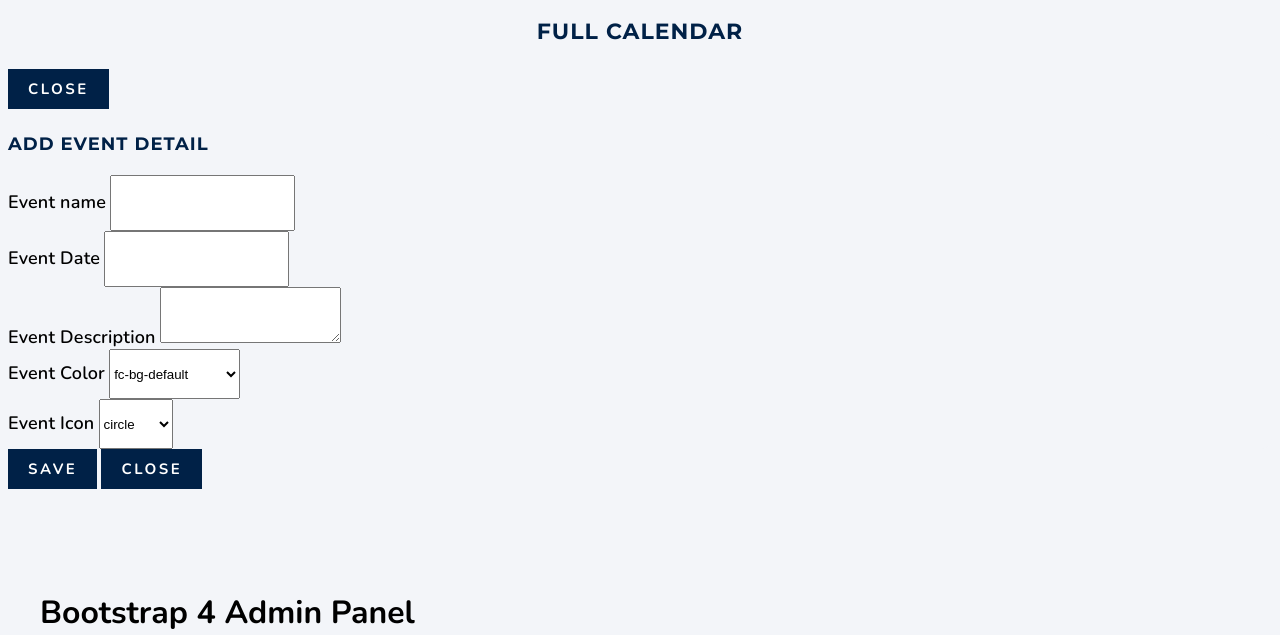
Repository: huyennvo/Calender
Page: Calender/index.html
These files come from the project's save history. The page is drawn as it stood at one moment and after the next save; the edit follows.
The browser window is 1280 px wide. The pictures show the part of the page from y = 0 to 635 px (the page is 1293 px tall before and 1323 px after).
A picture or video elsewhere on the page could not be fetched, so the positions and the page height are approximate.

Above is the page before, as saved 2022-08-02 11:51:51.
Console error: ReferenceError: jQuery is not defined

After the next save:
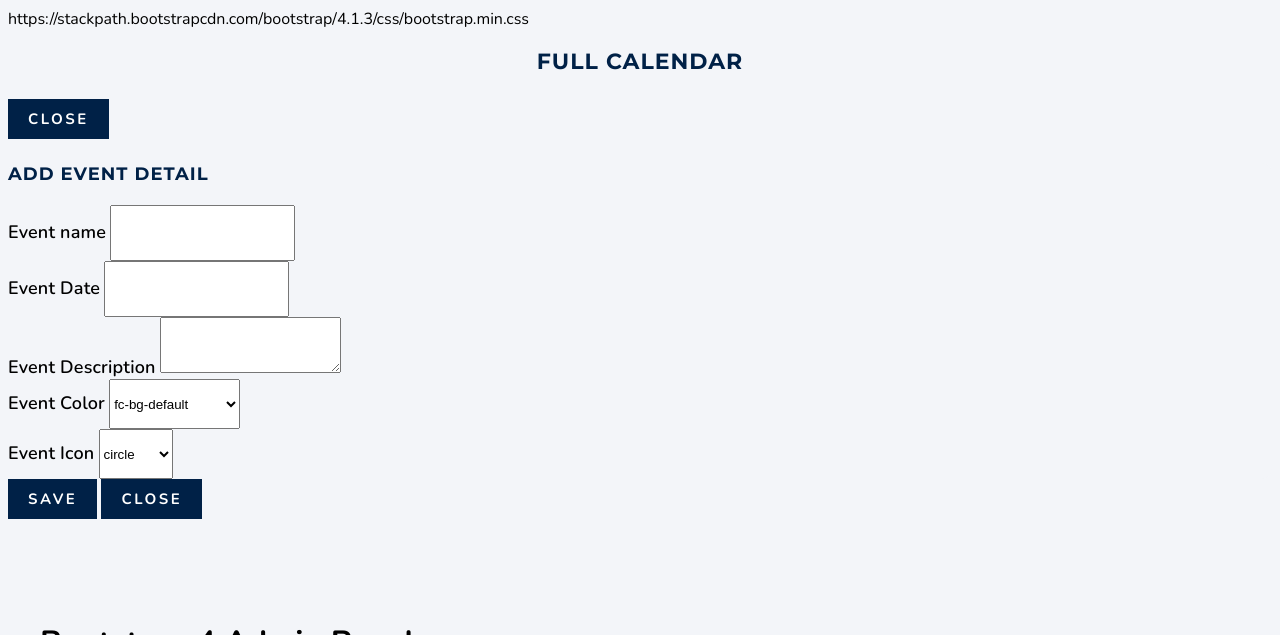
Saved 24 s later.
--- a/Calender/index.html
+++ b/Calender/index.html
@@ -8,7 +8,7 @@
     <title>Document</title>
     <link rel="stylesheet" href="style.css">
     <link href="https://fonts.googleapis.com/css?family=Nunito:400,600,700&display=swap" rel="stylesheet">
-    <link href="https://fonts.googleapis.com/css?family=Montserrat:300,400,500,600,700&display=swap" rel="stylesheet">
+    <link href="https://fonts.googleapis.com/css?family=Montserrat:300,400,500,600,700&display=swap" rel="stylesheet"> https://stackpath.bootstrapcdn.com/bootstrap/4.1.3/css/bootstrap.min.css
 </head>
 
 <body>
